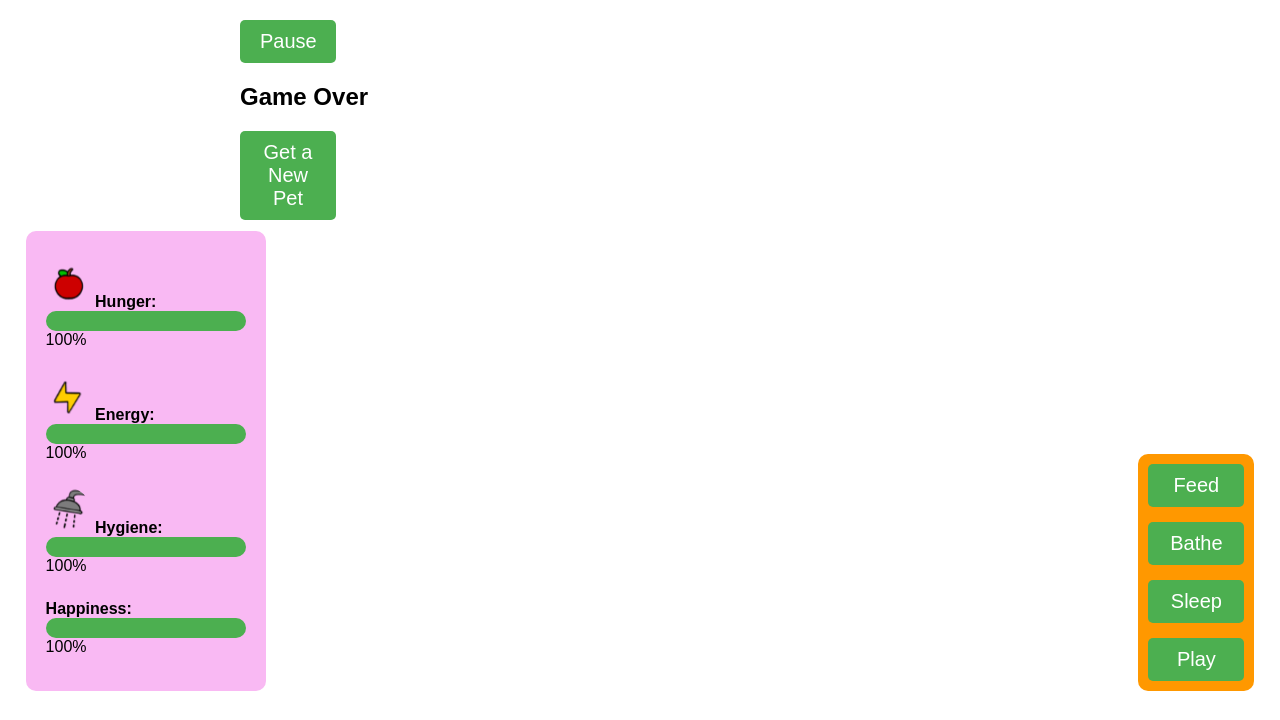
Repository: sarahjx/CapyCare
Page: html/index.html
The author's editor kept a copy of each file at every save. The page is drawn from the files as they stood at one save, then again after a run of saves.
The browser window is 1280 px wide. The pictures show the whole page.
Some web fonts or font styles are not loaded; a fallback is used.

Above is the page before, as saved 2025-04-30 17:56:33.

### html/index.html
<!-- @format -->

<!DOCTYPE html>
<html lang="en">
  <head>
    <meta charset="UTF-8" />
    <meta name="viewport" content="width=device-width, initial-scale=1.0" />
    <title>Virtual Pet Game</title>
    <link rel="preconnect" href="https://fonts.googleapis.com">
    <link rel="preconnect" href="https://fonts.gstatic.com" crossorigin>
    <link href="https://fonts.googleapis.com/css2?family=McLaren&display=swap" rel="stylesheet">
    <link rel="stylesheet" href="../css/statusbar.css" />
  </head>
  <body>
    <div class="status-bar-container">

      <div class="status-bar">
        <span class="hunger-icon"><img src="../images/hunger.svg" alt="hunger icon"></span>
        <span class="status-label">Hunger:</span>
        <div class="status-progress">
          <div id="hunger-bar" class="status-fill" style="width: 100%"></div>
        </div>
        <span id="hunger-value">100%</span>
        <div id="hunger-warning" class="warning"></div>
      </div>

      <div class="status-bar">
        <span class="energy-icon"><img src="../images/energy.svg" alt="hunger icon"></span>
        <span class="status-label">Energy:</span>
        <div class="status-progress">
          <div id="energy-bar" class="status-fill" style="width: 100%"></div>
        </div>
        <span id="energy-value">100%</span>
        <div id="energy-warning" class="warning"></div>
      </div>

      <div class="status-bar">
        <span class="hunger-icon"><img src="../images/hygiene.svg" alt="hunger icon"></span>
        <span class="status-label">Hygiene:</span>
        <div class="status-progress">
          <div id="hygiene-bar" class="status-fill" style="width: 100%"></div>
        </div>
        <span id="hygiene-value">100%</span>
        <div id="hygiene-warning" class="warning"></div>
      </div>

      <div class="status-bar">
        <span class="status-label">Happiness:</span>
        <div class="status-progress">
          <div id="happiness-bar" class="status-fill" style="width: 100%"></div>
        </div>
        <span id="happiness-value">100%</span>
        <div id="happiness-warning" class="warning"></div>
      </div>
    </div>

      <div class="action-buttons">

        <button onclick="feedPet(currentPet)">Feed</button>
        <button onclick="bathePet(currentPet)">Bathe</button>
        <button onclick="bedtime(currentPet)">Sleep</button>
        <button onclick="touchPet(currentPet)">Play</button>
      </div>
      <button id="pauseButton" onclick="togglePause()" class="pause-button">
        Pause
      </button>
    </div>

    <div id="gameOverScreen" class="game-over-screen">
      <div class="game-over-content">
        <h2>Game Over</h2>
        <p id="gameOverMessage"></p>
        <button onclick="resetGame()">Get a New Pet</button>
      </div>
    </div>

    <script src="../backend/status.js"></script>
  </body>
</html>

### css/statusbar.css
:root {
  --primary-color: #F9D9D9;
  --secondary-color: #D9E7F9;
  --tertiary-color: #FFF1FB;
  --accent-color: #F7EFD7;
  --text-color: #333;
  --spacing-xs: 0.5rem;
  --spacing-sm: 0.75rem;
  --spacing-md: 1rem;
  --spacing-lg: 1.5rem;
  --spacing-xl: 2rem;
  --spacing-xxl: 3rem;
  --font-family: 'McLaren', sans-serif;
  --font-size-xs: 0.75rem;
  --font-size-sm: 0.875rem;
  --font-size-md: 1rem;
  --font-size-lg: 1.125rem;
  --font-size-xl: 1.25rem;
  --font-size-xxl: 1.5rem;
}

body {
  font-family: var(--font-family);
  font-weight: 10;
  max-width: 800px;
  margin: 0 auto;
  padding: 20px;
  background-color: #ffffff;
}

.status-bar-container {
  position: fixed;
  background-color: rgb(249, 185, 243);
  padding: 20px;
  border-radius: 10px;
  display: inline-flex;
  flex-direction: column;
  bottom: 4%;
  left: 2%;
}

.status-bar {
  margin: 10px 0;
}

.status-label {
  display: inline-block;
  width: 100px;
  font-weight: bold;
}

.status-progress {
  width: 200px;
  height: 20px;
  background-color: #eee;
  border-radius: 10px;
  overflow: hidden;
}

.status-fill {
  height: 100%;
  background-color: #4caf50;
  transition: width 0.3s ease;
}

.action-buttons {
  margin-top: 20px;
  display: inline-flex;
  flex-direction: column;
  padding: 10px;
  border-radius: 10px;
  gap: 15px;
  background-color: #ff9800;
  position: fixed;
  right: 2%;
  bottom: 4%;

}


button {
  padding: 10px 20px;
  border: none;
  border-radius: 5px;
  background-color: #4caf50;
  color: white;
  cursor: pointer;
  transition: background-color 0.3s;
  width: 6rem;
  font-family: var(--font-family);
  font-weight: 7pt;
  font-size: var(--font-size-xl);

}

button:hover {
  background-color: #45a049;
}

.warning {
  color: #ff9800;
  font-weight: bold;
  margin-top: 5px;
}

.critical {
  color: #f44336;
  font-weight: bold;
  margin-top: 5px;
}

### backend/status.js
/** @format */

function Personality(favFood, active, clean, clingy, foodLover, introText) {
  this.favFood = favFood;
  this.active = active;
  this.clean = clean;
  this.clingy = clingy;
  this.foodLover = foodLover;
  this.intro = introText;
}

const mix1 = new Personality(
  "Sunfruit",
  true,
  true,
  true,
  true,
  "This pet is energetic and playful, always ready to explore or play. They love the taste of Sunfruit and will happily eat it when offered, but they'll need constant attention, so expect lots of petting and cuddling. Despite their active nature, they stay clean and are easy to bathe. This pet loves affection and will return it in kind!"
);
const mix2 = new Personality(
  "Snakberry",
  true,
  true,
  false,
  true,
  "This pet is full of energy and loves to make the most of their days. They are particularly fond of Snakberries, which they will devour happily, but they tend to get hungry more often due to their high energy levels. Despite their active nature, they keep themselves clean and are easy to bathe. They're not overly clingy, so while they'll happily spend time with you, they won't be demanding affection constantly."
);
const mix3 = new Personality(
  "Dreamleaf",
  false,
  false,
  true,
  false,
  "This pet is laid-back and enjoys spending time with you, always seeking your company. They love Dreamleaf as a treat, but they're not particularly food-driven and don't get hungry as often. While they may get a little dirty from time to time, they tend to move around when you try to bathe them. Expect them to seek out your attention frequently, and be ready to shower them with love when they come to you for pets."
);

const personalities = [mix1, mix2, mix3];

// Global variable to store current pet
let currentPet = null;

// Store interval IDs globally
let hungerInterval = null;
let energyInterval = null;
let hygieneInterval = null;
let happinessInterval = null;

let isGameOver = false;

function getRandomPersonality() {
  const randomIndex = Math.floor(Math.random() * personalities.length);
  currentPet = personalities[randomIndex];
  console.log("New pet initialized:", currentPet.intro);
  return currentPet;
}

let hunger = 100;
let energy = 100;
let hygiene = 100;
let happiness = 100;

// Personality-based status decrease functions
function decreaseHunger() {
  if (!currentPet || isGameOver) return;

  // Food lovers get hungry faster
  const decreaseAmount = currentPet.foodLover ? 15 : 10;
  if (hunger <= 0) {
    hunger = 0;
    if (checkGameOver()) return;
  } else if (hunger > 0) {
    hunger -= decreaseAmount;
    if (checkGameOver()) return;
  }
  console.log("Hunger: " + hunger);
  warning();
}

function decreaseEnergy() {
  if (!currentPet || isGameOver) return;

  // Active pets lose energy faster
  const decreaseAmount = currentPet.active ? 15 : 10;
  if (energy <= 0) {
    energy = 0;
    if (checkGameOver()) return;
  } else if (energy > 0) {
    energy -= decreaseAmount;
    if (checkGameOver()) return;
  }
  console.log("Energy: " + energy);
  warning();
}

function decreaseHygiene() {
  if (!currentPet || isGameOver) return;

  // Clean pets lose hygiene slower
  const decreaseAmount = currentPet.clean ? 8 : 12;
  if (hygiene <= 0) {
    hygiene = 0;
    if (checkGameOver()) return;
  } else if (hygiene > 0) {
    hygiene -= decreaseAmount;
    if (checkGameOver()) return;
  }
  console.log("Hygiene: " + hygiene);
  warning();
}

function decreaseHappiness() {
  if (!currentPet || isGameOver) return;

  // Clingy pets lose happiness faster when not attended to
  const decreaseAmount = currentPet.clingy ? 15 : 10;
  if (happiness <= 0) {
    happiness = 0;
    if (checkGameOver()) return;
  } else if (happiness > 0) {
    happiness -= decreaseAmount;
    if (checkGameOver()) return;
  }
  console.log("Happiness: " + happiness);
  warning();
}

// Update intervals with personality-based timing
function updateIntervals() {
  // Clear any existing intervals
  if (hungerInterval) clearInterval(hungerInterval);
  if (energyInterval) clearInterval(energyInterval);
  if (hygieneInterval) clearInterval(hygieneInterval);
  if (happinessInterval) clearInterval(happinessInterval);

  // Set new intervals based on personality
  hungerInterval = setInterval(
    () => {
      decreaseHunger();
      warning();
    },
    currentPet.foodLover ? 6000 : 8000
  );

  energyInterval = setInterval(
    () => {
      decreaseEnergy();
      warning();
    },
    currentPet.active ? 8000 : 12000
  );

  hygieneInterval = setInterval(
    () => {
      decreaseHygiene();
      warning();
    },
    currentPet.clean ? 18000 : 15000
  );

  happinessInterval = setInterval(
    () => {
      decreaseHappiness();
      warning();
    },
    currentPet.clingy ? 8000 : 10000
  );

  console.log("Intervals updated for pet:", currentPet.intro);
}

// Pause game function
function pauseGame() {
  if (hungerInterval) clearInterval(hungerInterval);
  if (energyInterval) clearInterval(energyInterval);
  if (hygieneInterval) clearInterval(hygieneInterval);
  if (happinessInterval) clearInterval(happinessInterval);
  console.log("Game paused");
}

// Resume game function
function resumeGame() {
  updateIntervals();
  console.log("Game resumed");
}

// Initialize with a random pet and start intervals
currentPet = getRandomPersonality();
updateIntervals();

function touchPet(personality) {
  if (personality.clingy) {
    gainStatus("happiness");
    console.log("Your pet loves the attention!");
  } else {
    loseStatus("happiness");
    console.log("Your pet prefers their space.");
  }
}

function feedPet(personality) {
  gainStatus("hunger"); // Always increase hunger
  if (personality.foodLover) {
    gainStatus("happiness");
    console.log("Your pet loves the food!");
  } else {
    loseStatus("happiness");
    console.log("Your pet isn't very interested in food.");
  }
}

function bathePet(personality) {
  gainStatus("hygiene"); // Always increase hygiene
  if (personality.clean) {
    gainStatus("happiness");
    console.log("Your pet enjoys being clean!");
  } else {
    loseStatus("happiness");
    console.log("Your pet doesn't like baths.");
  }
}

function bedtime(personality) {
  gainStatus("energy"); // Always increase energy
  if (personality.active) {
    loseStatus("happiness");
    console.log("Your pet is too energetic to sleep!");
  } else {
    gainStatus("happiness");
    console.log("Your pet enjoys resting.");
  }
}

function gainStatus(category) {
  switch (category) {
    case "hunger":
      if (hunger >= 100) {
        console.log("Hunger is full!");
      } else if (hunger < 100) {
        hunger += 10;
        console.log("Hunger: " + hunger);
      }
      break;
    case "energy":
      if (energy >= 100) {
        console.log("Energy is full!");
      } else if (energy < 100) {
        energy += 10;
        console.log("Energy: " + energy);
      }
      break;
    case "hygiene":
      if (hygiene >= 100) {
        console.log("Hygiene is full!");
      } else if (hygiene < 100) {
        hygiene += 10;
        console.log("Hygiene: " + hygiene);
      }
      break;
    case "happiness":
      if (happiness >= 100) {
        console.log("Happiness is full!");
      } else if (happiness < 100) {
        happiness += 10;
        console.log("Happiness: " + happiness);
      }
      break;
    default:
      console.log("Invalid category");
  }
}

function loseStatus(category) {
  switch (category) {
    case "hunger":
      if (hunger <= 0) {
        console.log("Hunger is empty!");
        hunger = 0;
      } else if (hunger > 0) {
        hunger -= 10;
        console.log("Hunger: " + hunger);
      }
      break;
    case "energy":
      if (energy <= 0) {
        console.log("Energy is empty!");
        energy = 0;
      } else if (energy > 0) {
        energy -= 10;
        console.log("Energy: " + energy);
      }
      break;
    case "hygiene":
      if (hygiene <= 0) {
        console.log("Hygiene is empty!");
        hygiene = 0;
      } else if (hygiene > 0) {
        hygiene -= 10;
        console.log("Hygiene: " + hygiene);
      }
      break;
    case "happiness":
      if (happiness <= 0) {
        console.log("Happiness is empty!");
        happiness = 0;
      } else if (happiness > 0) {
        happiness -= 10;
        console.log("Happiness: " + happiness);
      }
      break;
    default:
      console.log("Invalid category");
  }
}

function warning() {
  // Hunger warnings
  if (hunger <= 50 && hunger > 20) {
    document.getElementById("hunger-warning").textContent =
      "Your pet is getting hungry!";
    document.getElementById("hunger-warning").className = "warning";
  } else if (hunger <= 20 && hunger > 0) {
    document.getElementById("hunger-warning").textContent =
      "Your pet is starving!";
    document.getElementById("hunger-warning").className = "critical";
  } else {
    document.getElementById("hunger-warning").textContent = "";
  }

  // Energy warnings
  if (energy <= 50 && energy > 20) {
    document.getElementById("energy-warning").textContent =
      "Your pet is getting tired!";
    document.getElementById("energy-warning").className = "warning";
  } else if (energy <= 20 && energy > 0) {
    document.getElementById("energy-warning").textContent =
      "Your pet is exhausted!";
    document.getElementById("energy-warning").className = "critical";
  } else {
    document.getElementById("energy-warning").textContent = "";
  }

  // Hygiene warnings
  if (hygiene <= 50 && hygiene > 20) {
    document.getElementById("hygiene-warning").textContent =
      "Your pet needs a bath!";
    document.getElementById("hygiene-warning").className = "warning";
  } else if (hygiene <= 20 && hygiene > 0) {
    document.getElementById("hygiene-warning").textContent =
      "Your pet is filthy!";
    document.getElementById("hygiene-warning").className = "critical";
  } else {
    document.getElementById("hygiene-warning").textContent = "";
  }

  // Happiness warnings
  if (happiness <= 50 && happiness > 20) {
    document.getElementById("happiness-warning").textContent =
      "Your pet is getting sad!";
    document.getElementById("happiness-warning").className = "warning";
  } else if (happiness <= 20 && happiness > 0) {
    document.getElementById("happiness-warning").textContent =
      "Your pet is depressed!";
    document.getElementById("happiness-warning").className = "critical";
  } else {
    document.getElementById("happiness-warning").textContent = "";
  }
}

function checkGameOver() {
  if (hunger <= 0 || energy <= 0 || hygiene <= 0 || happiness <= 0) {
    isGameOver = true;
    pauseGame();
    showGameOver();
    return true;
  }
  return false;
}

function showGameOver() {
  let reason = "";
  if (hunger <= 0) reason = "Your pet starved to death!";
  else if (energy <= 0) reason = "Your pet died from exhaustion!";
  else if (hygiene <= 0) reason = "Your pet died from poor hygiene!";
  else if (happiness <= 0) reason = "Your pet died from sadness!";

  console.log("GAME OVER: " + reason);
  document.getElementById("gameOverMessage").textContent = reason;
  document.getElementById("gameOverScreen").style.display = "flex";
}

function resetGame() {
  isGameOver = false;
  hunger = 70;
  energy = 70;
  hygiene = 70;
  happiness = 70;
  document.getElementById("gameOverScreen").style.display = "none";
  currentPet = getRandomPersonality();
  updateStatusBars();
  updateIntervals();
}

let isPaused = false;

      function togglePause() {
        isPaused = !isPaused;
        const pauseButton = document.getElementById("pauseButton");
        const buttons = document.querySelectorAll(
          ".buttons button:not(#pauseButton)"
        );

        if (isPaused) {
          pauseButton.textContent = "Resume";
          pauseButton.classList.add("paused");
          buttons.forEach((button) => (button.disabled = true));
          pauseGame();
        } else {
          pauseButton.textContent = "Pause";
          pauseButton.classList.remove("paused");
          buttons.forEach((button) => (button.disabled = false));
          resumeGame();
        }
      }

      // Update status bars
      function updateStatusBars() {
        document.getElementById("hunger-bar").style.width = hunger + "%";
        document.getElementById("energy-bar").style.width = energy + "%";
        document.getElementById("hygiene-bar").style.width = hygiene + "%";
        document.getElementById("happiness-bar").style.width = happiness + "%";

        document.getElementById("hunger-value").textContent = hunger + "%";
        document.getElementById("energy-value").textContent = energy + "%";
        document.getElementById("hygiene-value").textContent = hygiene + "%";
        document.getElementById("happiness-value").textContent =
          happiness + "%";
      }

      // Override console.log to update UI
      const originalConsoleLog = console.log;
      console.log = function () {
        originalConsoleLog.apply(console, arguments);
        updateStatusBars();
      };

      // Initial update
      updateStatusBars();

After the next 2 saves:
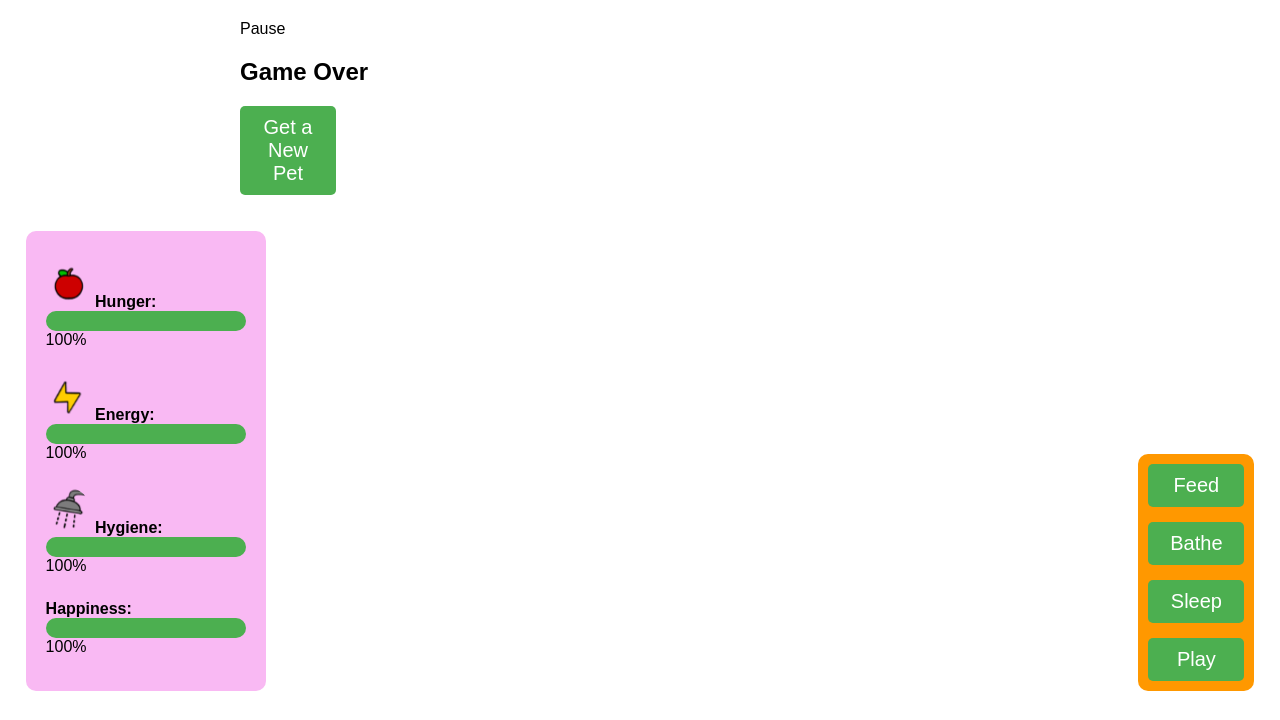
The 2 saves are shown as one change because they came seconds apart.
The last was saved 7 s later.
--- a/html/index.html
+++ b/html/index.html
@@ -25,7 +25,7 @@
       </div>
 
       <div class="status-bar">
-        <span class="energy-icon"><img src="../images/energy.svg" alt="hunger icon"></span>
+        <span class="energy-icon"><img src="../images/energy.svg" alt="energy icon"></span>
         <span class="status-label">Energy:</span>
         <div class="status-progress">
           <div id="energy-bar" class="status-fill" style="width: 100%"></div>
@@ -54,13 +54,13 @@
       </div>
     </div>
 
-      <div class="action-buttons">
+      <class class="action-buttons">
 
         <button onclick="feedPet(currentPet)">Feed</button>
         <button onclick="bathePet(currentPet)">Bathe</button>
         <button onclick="bedtime(currentPet)">Sleep</button>
         <button onclick="touchPet(currentPet)">Play</button>
-      </div>
+      </class
       <button id="pauseButton" onclick="togglePause()" class="pause-button">
         Pause
       </button>

After the save that followed:
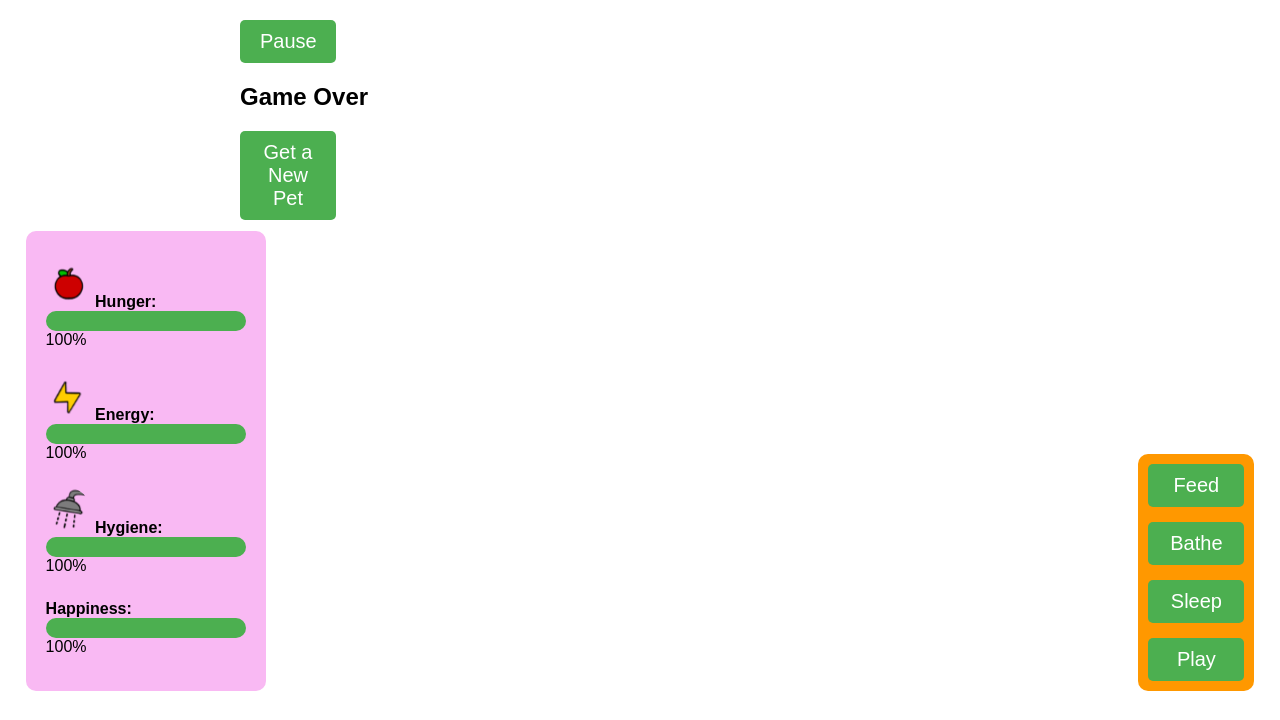
Saved 6 s later.
--- a/html/index.html
+++ b/html/index.html
@@ -60,7 +60,7 @@
         <button onclick="bathePet(currentPet)">Bathe</button>
         <button onclick="bedtime(currentPet)">Sleep</button>
         <button onclick="touchPet(currentPet)">Play</button>
-      </class
+      </class>
       <button id="pauseButton" onclick="togglePause()" class="pause-button">
         Pause
       </button>
